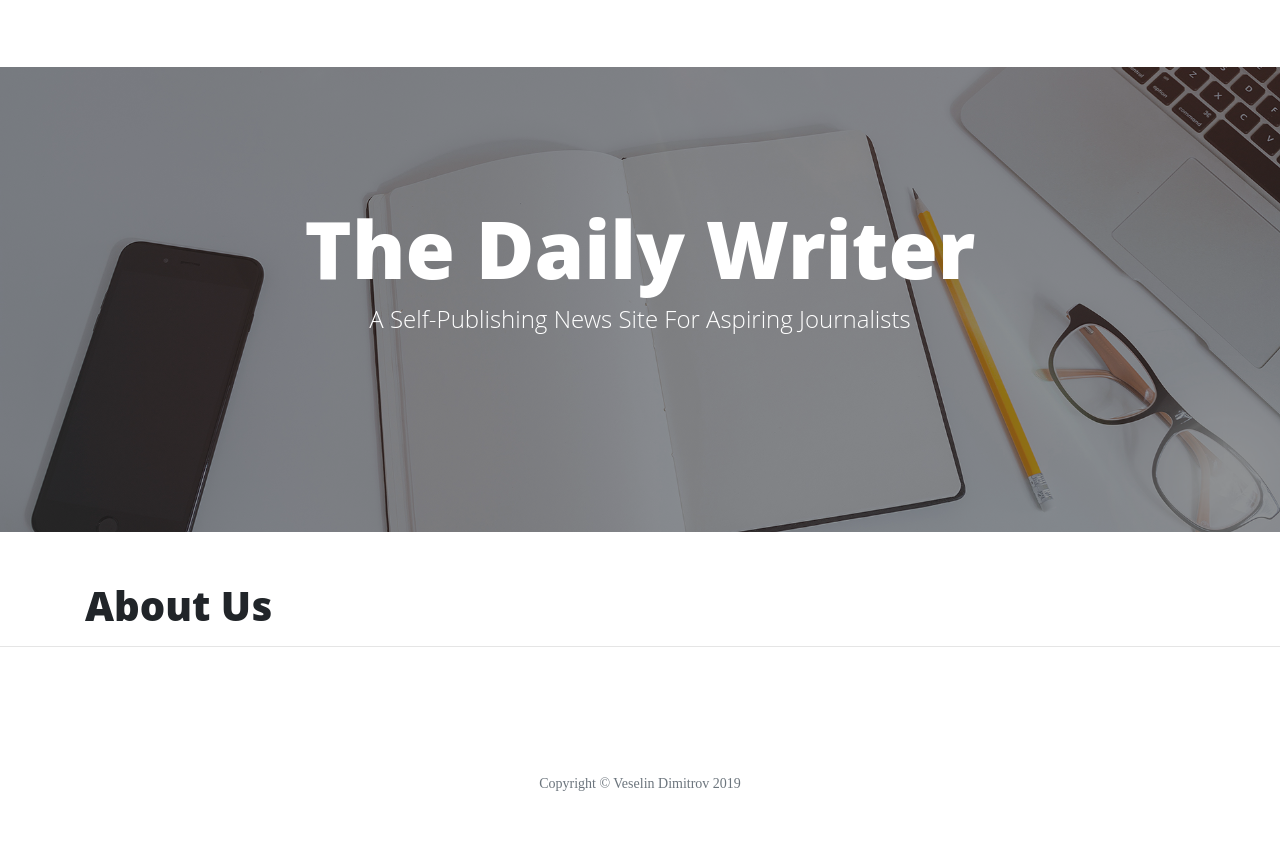
Repository: Vesss/Blog-Project
Page: http://localhost/about
The author's editor kept a record of every edit. The page is drawn from the files as they stood at one moment, then again after the next edit.
The browser window is 1280 px wide. The pictures show the whole page.
The page is served by the project's application, run on Flask 3 (app.py). Other server files are loaded and not shown. Queries for data that is not in the repository find no rows.

Above is the page before.

### templates/about.html
{% extends 'base.html' %}
{% block content %}
    <h1>About Us</h1>
    {% for item in about %}
    <div class="container">
        <div class="row justify-content-center">
            <div class="col-sm-6">{{ item.info }}</div>
        </div>
    </div>
    {% endfor %}
{% endblock %}

### templates/base.html
<!DOCTYPE html>
<html lang="en">
<head>
    <meta charset="UTF-8">
    <meta name="viewport" content="width=device-width, initial-scale=1.0">
    <meta http-equiv="X-UA-Compatible" content="ie=edge">
    <link rel="stylesheet" href="{{ url_for('static', filename='vendor/bootstrap/css/bootstrap.min.css') }}" type="text/css" />
    <link rel="stylesheet" href="{{ url_for('static', filename='css/clean-blog.min.css') }}" type="text/css" />
    <title>The Daily Writer</title>
</head>
<body>
    <nav class="navbar navbar-expand-lg navbar-light fixed-top" id="mainNav">
    <div class="container">
      <a class="navbar-brand" href="{{ url_for('index') }}">The Daily Writer</a>
      <button class="navbar-toggler navbar-toggler-right" type="button" data-toggle="collapse" data-target="#navbarResponsive" aria-controls="navbarResponsive" aria-expanded="false" aria-label="Toggle navigation">
        Menu
        <i class="fas fa-bars"></i>
      </button>
      <div class="collapse navbar-collapse" id="navbarResponsive">
        <ul class="navbar-nav ml-auto">
          <li class="nav-item">
            <a class="nav-link" href="{{ url_for('index') }}">Home</a>
          </li>
          <li class="nav-item">
            <a class="nav-link" href="{{ url_for('about') }}">About</a>
          </li>
          <li class="nav-item">
            <a class="nav-link" href="{{ url_for('post') }}">Post</a>
          </li>
          <li class="nav-item">
            <a class="nav-link" href="{{ url_for('contact') }}">Contact Us</a>
          </li>
          <li class="nav-item">
            <a class="nav-link" href="{{ url_for('articles') }}">Articles</a>
          </li>
        </ul>
      </div>
    </div>
  </nav>

  <!-- Page Header -->
  <header class="masthead" style="background-image: url('{{ url_for('static', filename='img/home-bg.jpg') }}')">
    <div class="overlay"></div>
    <div class="container">
      <div class="row">
        <div class="col-lg-8 col-md-10 mx-auto">
          <div class="site-heading">
            <h1>The Daily Writer</h1>
            <span class="subheading">A Self-Publishing News Site For Aspiring Journalists</span>
          </div>
        </div>
      </div>
    </div>
  </header>

  <!-- Main Content -->
  <div class="container">

    {% block content %}
    {% endblock %}

  </div>

  <hr>

  <!-- Footer -->
  <footer>
    <div class="container">
      <div class="row">
        <div class="col-lg-8 col-md-10 mx-auto">
          <ul class="list-inline text-center">
            <li class="list-inline-item">
              <a href="#">
                <span class="fa-stack fa-lg">
                  <i class="fas fa-circle fa-stack-2x"></i>
                  <i class="fab fa-twitter fa-stack-1x fa-inverse"></i>
                </span>
              </a>
            </li>
            <li class="list-inline-item">
              <a href="#">
                <span class="fa-stack fa-lg">
                  <i class="fas fa-circle fa-stack-2x"></i>
                  <i class="fab fa-facebook-f fa-stack-1x fa-inverse"></i>
                </span>
              </a>
            </li>
            <li class="list-inline-item">
              <a href="#">
                <span class="fa-stack fa-lg">
                  <i class="fas fa-circle fa-stack-2x"></i>
                  <i class="fab fa-github fa-stack-1x fa-inverse"></i>
                </span>
              </a>
            </li>
          </ul>
          <p class="copyright text-muted">Copyright &copy; Veselin Dimitrov 2019</p>
        </div>
      </div>
    </div>
  </footer>

  <!-- Bootstrap core JavaScript -->
  <script src="{{ url_for('static', filename='vendor/jquery/jquery.min.js') }}"></script>
  <script src="{{ url_for('static', filename='vendor/bootstrap/js/bootstrap.bundle.min.js') }}"></script>

  <!-- Custom scripts for this template -->
  <script src="{{ url_for('static', filename='js/clean-blog.min.js') }}"></script>

</body>
</html>

### app.py
import os
from flask import Flask, render_template, redirect, request, url_for
from flask_pymongo import PyMongo
from bson.objectid import ObjectId


app = Flask(__name__)

app.config["MONGO_DBNAME"] = "blog_project"
app.config["MONGO_URI"] = "mongodb+srv://root:maniac93@myfirstcluster-ilypv.mongodb.net/blog_project?retryWrites=true&w=majority"

mongo = PyMongo(app)

@app.route("/")
def index():
    return render_template("index.html")

@app.route("/about")
def about():
    return render_template("about.html", about=mongo.db.about_information.find())

@app.route("/contact")
def contact():
    return render_template("contact.html")

@app.route("/post")
def post():
    return render_template("post.html")

@app.route("/articles")
def articles():
    return render_template("articles.html")

if __name__ == "__main__":
    app.run(host=os.environ.get("IP"),
            port=int(os.environ.get("PORT")),
            debug=True)

Loaded but not shown: static/css/clean-blog.min.css (library); static/js/clean-blog.min.js (common file)

After the next edit:
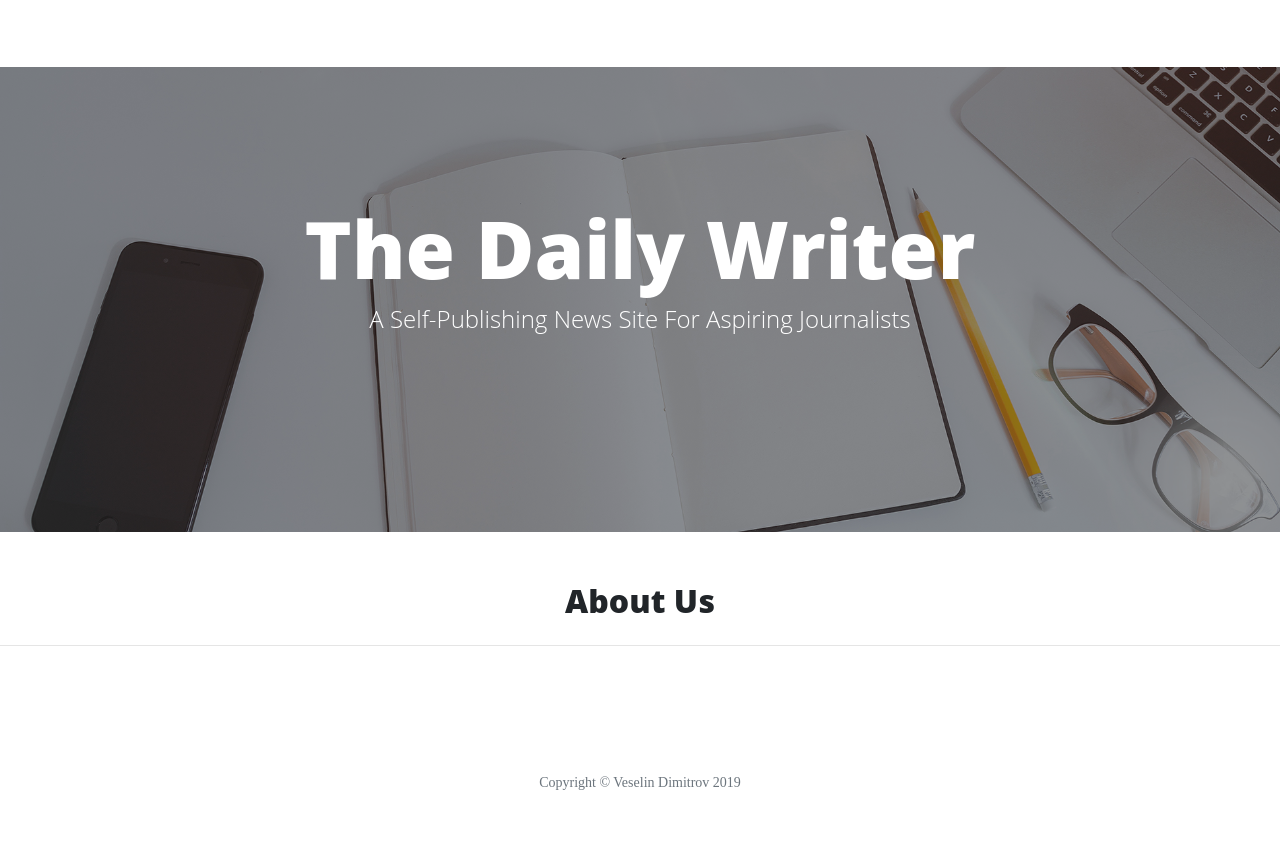
The edit:
--- a/templates/about.html
+++ b/templates/about.html
@@ -1,6 +1,10 @@
 {% extends 'base.html' %}
 {% block content %}
-    <h1>About Us</h1>
+    <div class="container">
+        <div class="row justify-content-center">
+            <h2>About Us</h2>
+        </div>
+    </div>
     {% for item in about %}
     <div class="container">
         <div class="row justify-content-center">
